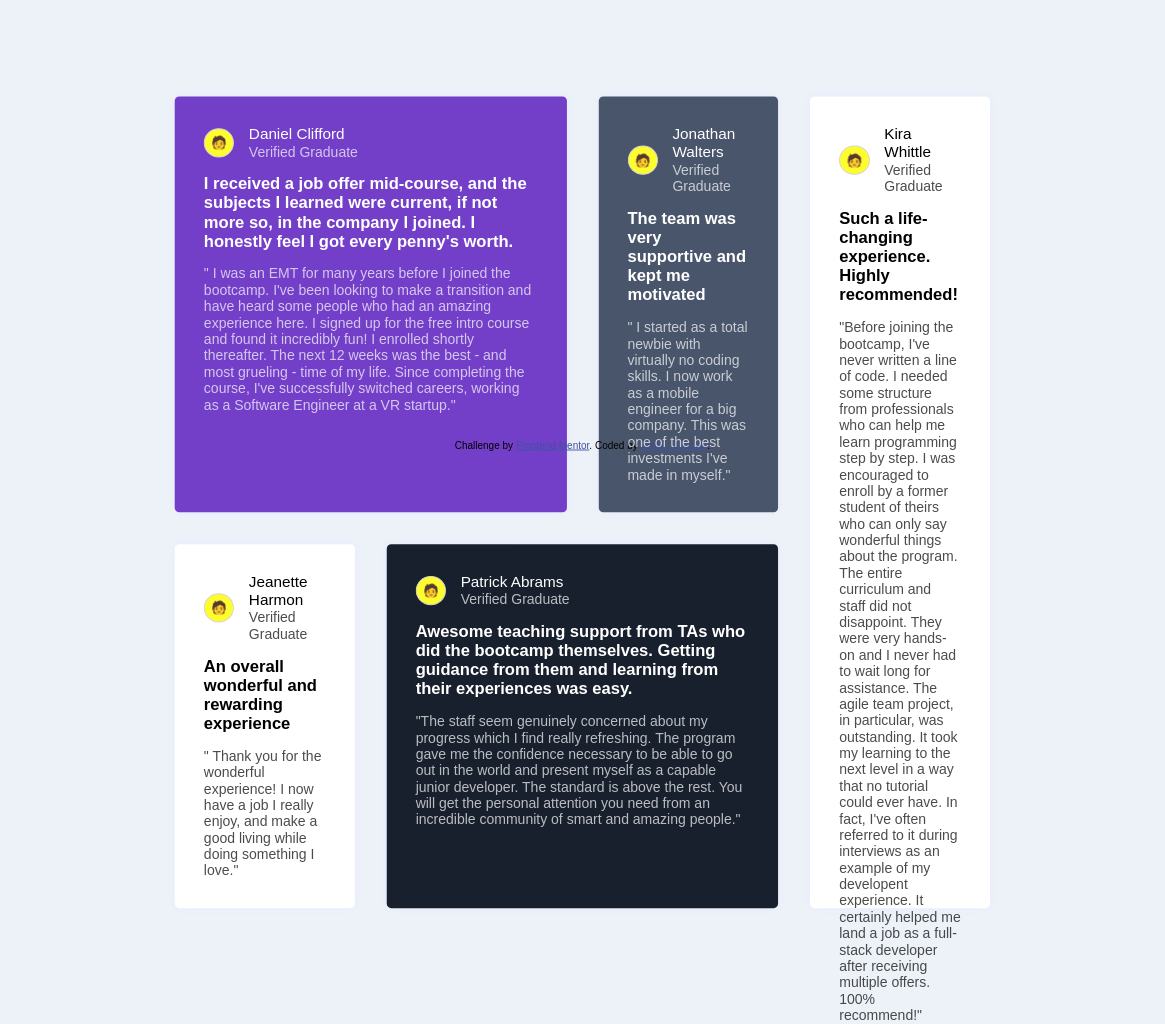
Repository: badhon252/Testimonials-Grid-Section
Page: index.html
These files come from the project's save history. The page is drawn as it stood at one moment and after the next save; the edit follows.
The browser window is 1280 px wide. The pictures show the whole page, at 91% of full size.

Above is the page before, as saved 2023-02-18 23:39:20.

### index.html
<!DOCTYPE html>
<html lang="en">

<head>
    <meta charset="UTF-8">
    <meta name="viewport" content="width=device-width, initial-scale=1.0">
    <!-- displays site properly based on user's device -->

    <link rel="icon" type="image/png" sizes="32x32" href="./images/favicon-32x32.png">
    <link rel="stylesheet" href="./css/style.css">
    <title>Frontend Mentor | Testimonials Grid Section</title>

</head>

<body>

    <div class="container">

        <div class="box box1">
            <div class="heading">
                <div class="img-fluid">🧑</div>
                <div>
                    <h1 class="name">Daniel Clifford</h1>
                    <p>Verified Graduate</p>
                </div>
            </div>

            <h3>I received a job offer mid-course, and the subjects I learned were current, if not more so, in the company I joined. I honestly feel I got every penny's worth.</h3>
            <p>" I was an EMT for many years before I joined the bootcamp. I've been looking to make a transition and have heard some people who had an amazing experience here. I signed up for the free intro course and found it incredibly fun! I enrolled
                shortly thereafter. The next 12 weeks was the best - and most grueling - time of my life. Since completing the course, I've successfully switched careers, working as a Software Engineer at a VR startup."</p>
        </div>

        <div class="box box2">
            <div class="heading">
                <div class="img-fluid">🧑</div>
                <div>
                    <h1 class="name">Jonathan Walters</h1>
                    <p>Verified Graduate</p>
                </div>
            </div>

            <h3>The team was very supportive and kept me motivated</h3>
            <p>" I started as a total newbie with virtually no coding skills. I now work as a mobile engineer for a big company. This was one of the best investments I've made in myself."</p>
        </div>

        <div class="box box3">
            <div class="heading">
                <div class="img-fluid">🧑</div>
                <div>
                    <h1 class="name">Jeanette Harmon</h1>
                    <p>Verified Graduate</p>
                </div>
            </div>

            <h3>An overall wonderful and rewarding experience</h3>
            <p>" Thank you for the wonderful experience! I now have a job I really enjoy, and make a good living while doing something I love."</p>
        </div>

        <div class="box box4">
            <div class="heading">
                <div class="img-fluid">🧑</div>
                <div>
                    <h1 class="name">Patrick Abrams</h1>
                    <p>Verified Graduate</p>
                </div>
            </div>

            <h3>Awesome teaching support from TAs who did the bootcamp themselves. Getting guidance from them and learning from their experiences was easy.</h3>
            <p>"The staff seem genuinely concerned about my progress which I find really refreshing. The program gave me the confidence necessary to be able to go out in the world and present myself as a capable junior developer. The standard is above the
                rest. You will get the personal attention you need from an incredible community of smart and amazing people."
            </p>
        </div>

        <div class="box box5">
            <div class="heading">
                <div class="img-fluid">🧑</div>
                <div>
                    <h1 class="name">Kira Whittle</h1>
                    <p>Verified Graduate</p>
                </div>
            </div>

            <h3>Such a life-changing experience. Highly recommended!</h3>
            <p>"Before joining the bootcamp, I've never written a line of code. I needed some structure from professionals who can help me learn programming step by step. I was encouraged to enroll by a former student of theirs who can only say wonderful
                things about the program. The entire curriculum and staff did not disappoint. They were very hands-on and I never had to wait long for assistance. The agile team project, in particular, was outstanding. It took my learning to the next
                level in a way that no tutorial could ever have. In fact, I've often referred to it during interviews as an example of my developent experience. It certainly helped me land a job as a full-stack developer after receiving multiple offers.
                100% recommend!"</p>
        </div>
    </div>


    <div class="attribution">
        Challenge by <a href="https://www.badhon252.me" target="_blank">Frontend Mentor</a>. Coded by <a href="https://www.badhon252.me">Khalid Hossain</a>.
    </div>
</body>

</html>

### css/style.css
* {
    margin: 0;
    padding: 0;
    box-sizing: border-box;
    font-family: sans-serif;
}

body {
    height: 100vh;
    max-width: 100vw;
    background-color: #edf2f8;
    font-size: 14px;
    padding: 1rem;
}

.name {
    font-size: 1.2em;
    font-weight: 500;
}

h3 {
    font-size: 1.3em;
    font-weight: 700;
    margin-bottom: 1rem;
}

p {
    font-size: 1.1em;
    font-weight: 400;
    opacity: .7;
}

.container {
    display: grid;
    place-items: center;
    grid-template-columns: repeat(4, 1fr);
    grid-template-rows: repeat(2, 1fr);
    /* grid-template-areas: 'box1 box1 box2 box3' 'box4 box5 box5 box3'; */
    grid-gap: 2.5em;
    align-items: stretch;
    /* margin: 10vw; */
    max-width: 70vw;
    max-height: 40vh;
    justify-items: center;
    margin: 7vw auto;
}

.heading {
    display: flex;
    align-items: center;
    padding: 0 0 1rem 0;
}

.img-fluid {
    padding: .5em;
    border: 1px solid rgb(213, 213, 213);
    border-radius: 50%;
    margin-right: 1rem;
    background-color: hsl(59, 100%, 59%);
}

.box {
    border-radius: 5px;
    padding: 2rem;
    box-shadow: 0 0 10px 0 hsl(231, 100%, 95%);
}

.box1 {
    /* grid-area: box1; */
    background-color: #733fc8;
    color: rgb(255, 255, 255);
    /* grid-column-start: 1;
    grid-column-end: 3; */
    grid-column: 1/3;
    order: 1;
}

.box2 {
    /* grid-area: box1; */
    order: 2;
    background-color: #49556b;
    color: #fff;
}

.box3 {
    /* grid-area: box1; */
    order: 4;
    background-color: hsl(0, 0%, 100%);
}

.box4 {
    /* grid-area: box1; */
    order: 5;
    background-color: #18202d;
    color: #fff;
    /* grid-column-start: 2;
    grid-column-end: 4; */
    /* or  */
    grid-column: 2/4;
}

.box5 {
    /* grid-area: box1; */
    order: 3;
    background-color: hsl(0, 0%, 100%);
    /* grid-row-start: 1;
    grid-row-end: 3; */
    /* or  */
    grid-row: 1/3;
    /* grid-column-start: 4;
    grid-column-end: 5; */
    grid-column: 4/5;
}

.attribution {
    font-size: 11px;
    text-align: center;
    margin: 1rem
}

.attribution a {
    color: hsl(228, 45%, 44%);
}

After the next save:
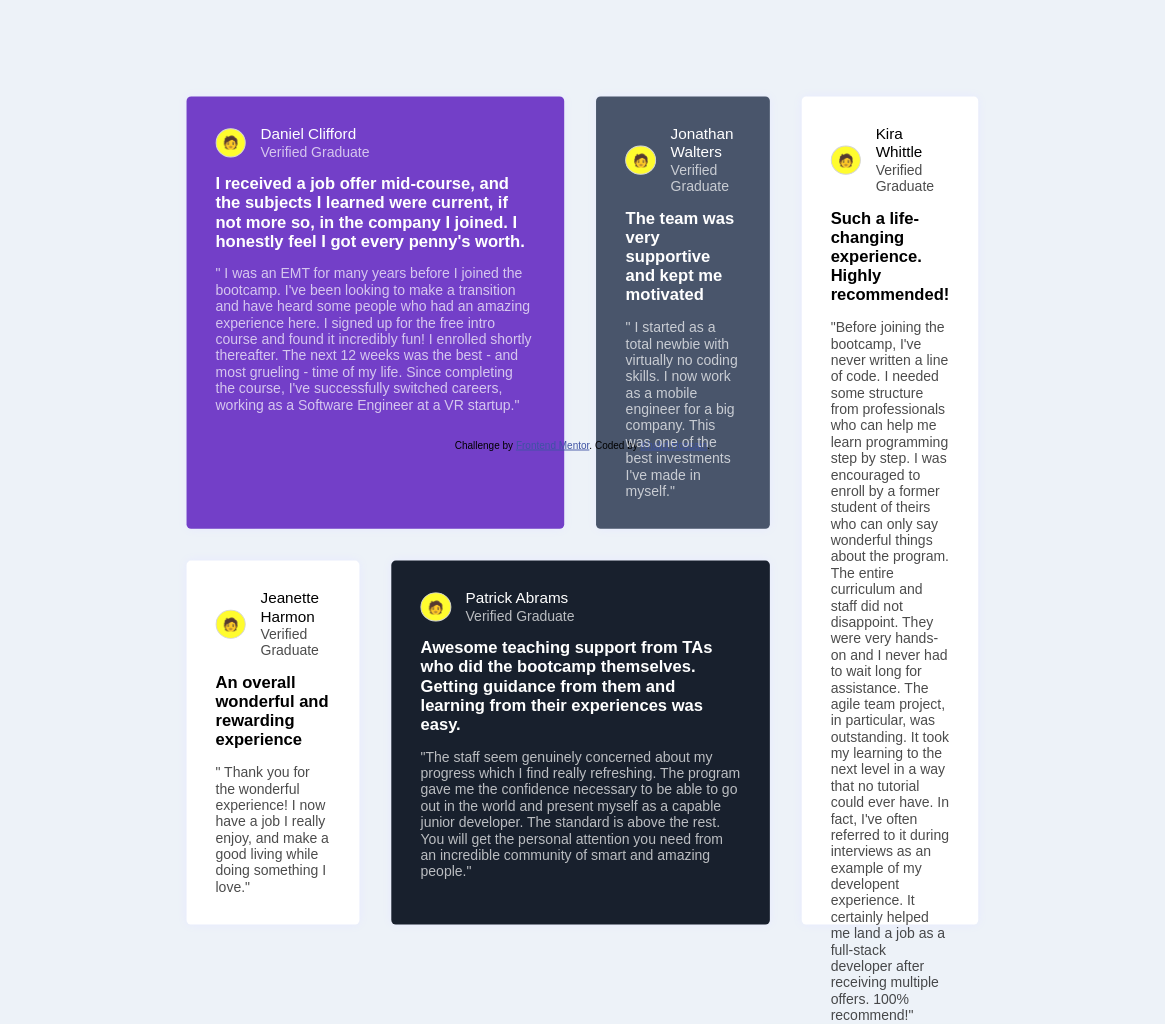
Saved 16 s later.
--- a/css/style.css
+++ b/css/style.css
@@ -39,7 +39,7 @@ p {
     grid-gap: 2.5em;
     align-items: stretch;
     /* margin: 10vw; */
-    max-width: 70vw;
+    max-width: 68vw;
     max-height: 40vh;
     justify-items: center;
     margin: 7vw auto;
